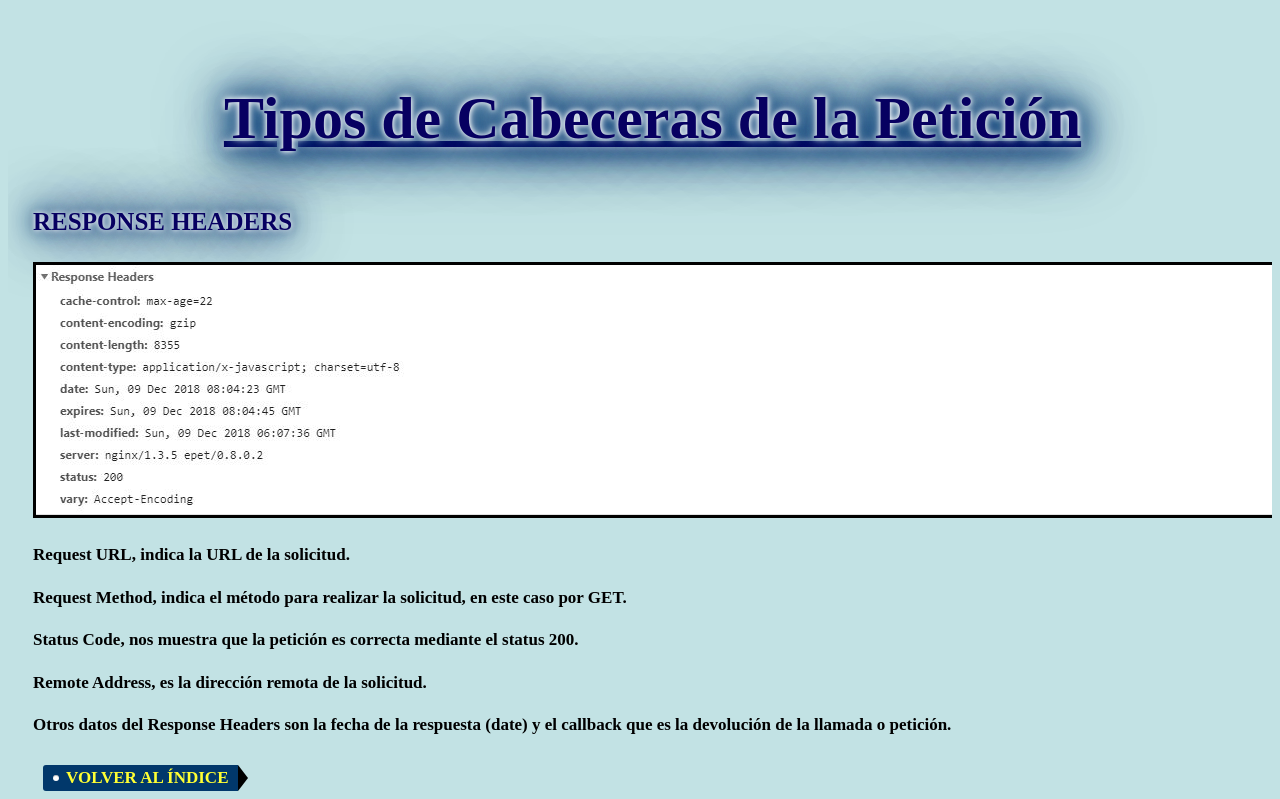
Repository: VictorinoBF97/HerramientasDesarollo
Page: responseHeaders.html
An editor plug-in stored every save of this project. The page is shown before and after the next save, followed by the edit.
The browser window is 1280 px wide. The pictures show the whole page.

Above is the page before, as saved 2018-12-09 09:27:10.
Not found: main.js

### responseHeaders.html
<!DOCTYPE html>
<html>
<head>
    <meta charset="utf-8" />
    <meta http-equiv="X-UA-Compatible" content="IE=edge">
    <title>RESPONSE HEADERS</title>
    <meta name="viewport" content="width=device-width, initial-scale=1">
    <link rel="stylesheet" type="text/css" media="screen" href="./css/styles.css" />
    <script src="main.js"></script>
    <link href="./iconoPestaña/images/iconoPestaña.png" rel="shortcut icon" type="image/x-icon" />
</head>
    <body>
            <h1><u>Tipos de Cabeceras de la Petición</u></h1>
            <div>
            <h2>RESPONSE HEADERS</h2>
            </div>

            <div>
                <img src="./images/responseHeader.JPG" border="3"/>
            </div>

            <div>
                <p><strong>Request URL</strong>, indica la URL de la solicitud.</p>
                <p><strong>Request Method</strong>, indica el método para realizar la solicitud, en este caso por GET.</p>
                <p><strong>Status Code</strong>, nos muestra que la petición es correcta mediante el <b>status 200</b>.</p>
                <p><strong>Remote Address</strong>, es la dirección remota de la solicitud.</p>
                <p>Otros datos del <b>Response Headers</b> son la fecha de la respuesta (date) y el <strong>callback</strong> que es la devolución de la llamada o petición.</p>
            </div>


            <a href="indice.html" target="_self" class="volver">VOLVER AL ÍNDICE</a>
    </body>

    </html>

### css/styles.css
@charset "UTF-8";
html {
  background-color: #c2e2e4;
  overflow: auto;
  overflow-x: scroll; }

.titulo {
  text-shadow: 0px 0px 5px #989993;
  border: 10px ridge #1E90FF;
  width: 75%; }

h1 {
  font-size: 60px;
  font-family: 'Futura';
  color: #070061;
  text-shadow: 0 0 5px #fff, 0 0 10px #fff, 0 0 20px #033a75, 0 0 30px #033a75, 0 0 40px #033a75, 0 0 55px #033a75, 0 0 75px #033a75;
  text-align: center; }

h2, h3, h4 {
  font-size: 25px;
  font-family: 'Futura';
  color: #070061;
  text-shadow: 0 0 5px #fff, 0 0 10px #fff, 0 0 20px #033a75, 0 0 30px #033a75, 0 0 10px #033a75, 0 0 55px #033a75, 0 0 75px #033a75; }

body {
  font: 17px/1.5 'PT Sans', serif;
  font-weight: bold;
  overflow: hidden;
  padding-left: 25px;
  padding-top: 25px; }

.indice {
  font-size: 125%; }

a {
  background: rgb(1, 56, 107);
  border-radius: 3px 0 0 3px;
  color: #ffff33;
  display: inline-block;
  height: 26px;
  line-height: 26px;
  padding: 0 20px 0 23px;
  position: relative;
  margin: 10px 10px 0;
  text-decoration: none;
  -webkit-transition: color 0.2s; }

a::before {
  background: #fff;
  border-radius: 10px;
  box-shadow: inset 0 1px rgba(0, 0, 0, 0.25);
  content: '';
  height: 6px;
  left: 10px;
  position: absolute;
  width: 6px;
  top: 10px; }

a::after {
  background: #c2e2e4;
  border-bottom: 13px solid transparent;
  border-left: 10px solid rgb(1, 56, 107);
  border-top: 13px solid transparent;
  content: '';
  position: absolute;
  right: 0;
  top: 0; }

a:hover {
  background-color: rgb(220,20,60);
  color: #ffffff; }

a:hover::after {
  border-left-color: rgb(220,20,60); }

/* VOLVER AL ├ìNDICE */
.volver::after {
  background: #c2e2e4;
  border-bottom: 13px solid transparent;
  border-left: 10px solid black;
  border-top: 13px solid transparent;
  content: '';
  position: absolute;
  right: 0;
  top: 0; }

.volver:hover {
  background-color: rgb(220,20,60);
  color: #ffffff; }

.volver:hover::after {
  border-right-color: rgb(220,20,60); }

/*# sourceMappingURL=styles.css.map */

After the next save:
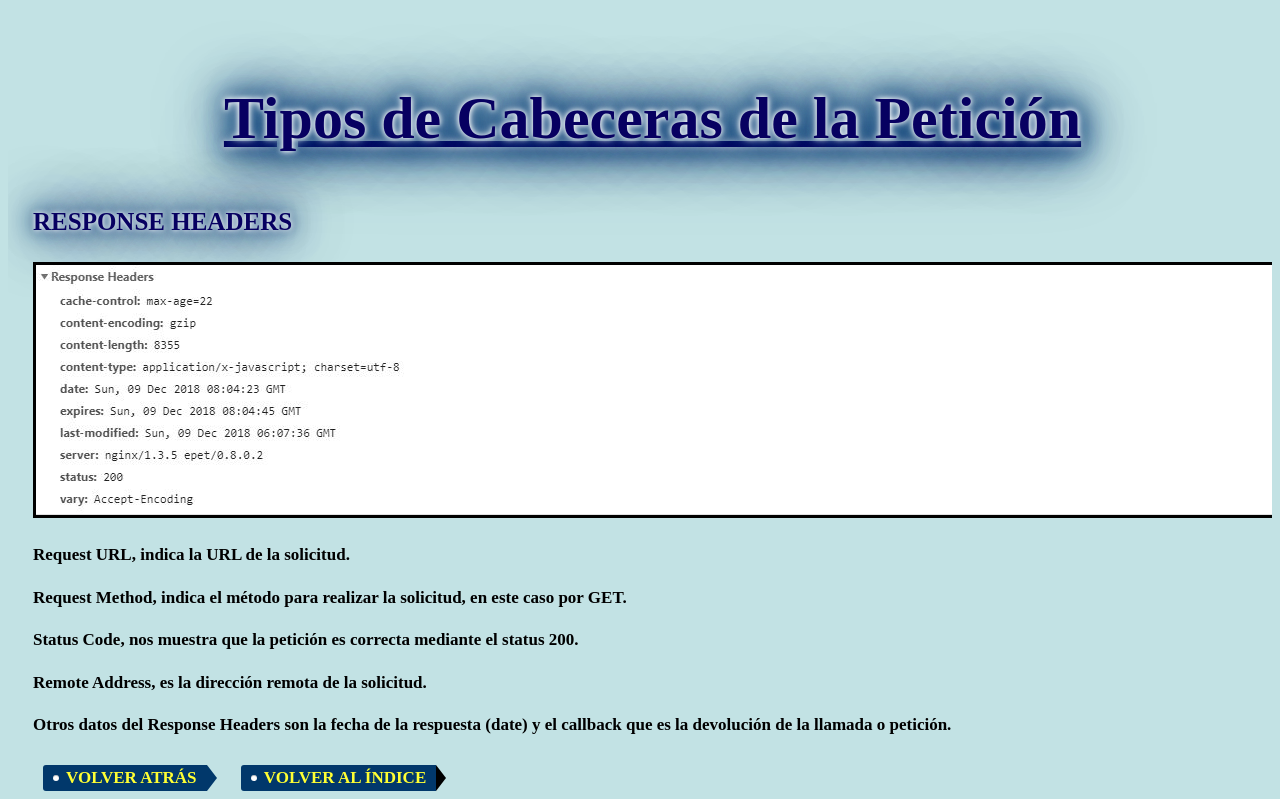
Saved 22 s later.
--- a/responseHeaders.html
+++ b/responseHeaders.html
@@ -28,7 +28,7 @@
             </div>
 
 
-            <a href="indice.html" target="_self" class="volver">VOLVER AL ÍNDICE</a>
+            <a  href="headers.html" target="_self">VOLVER ATRÁS</a>&nbsp;<a href="indice.html" target="_self" class="volver">VOLVER AL ÍNDICE</a>
     </body>
 
     </html>
